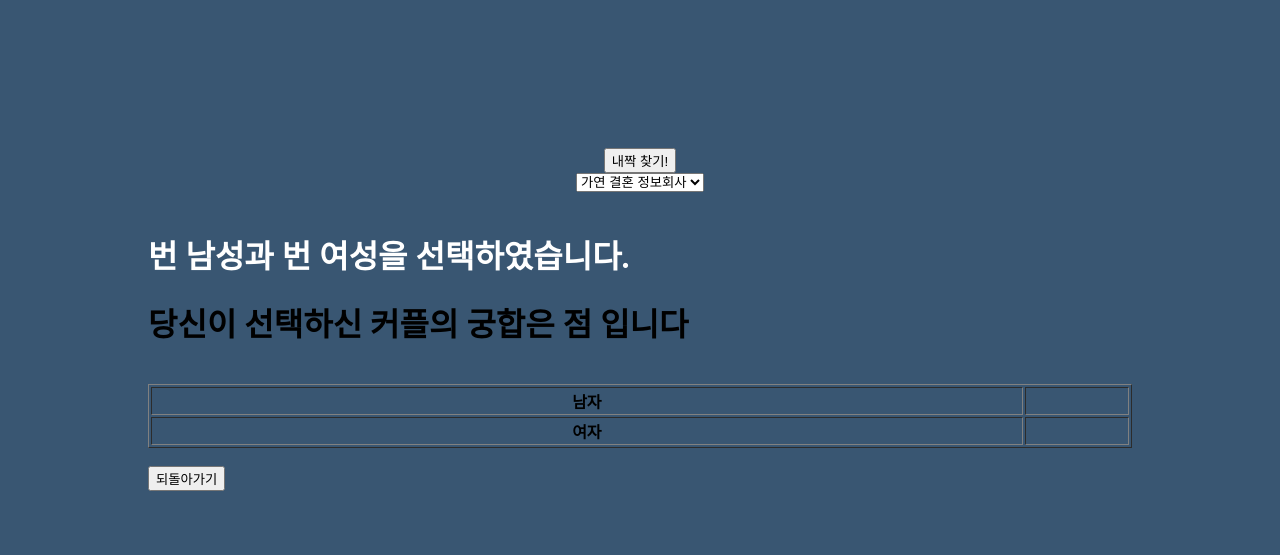
Repository: trapezer84/JSP
Page: http://localhost/AEA_Assignment/list.jsp
These files come from the project's save history. The page is drawn as it stood at one moment and after the next save; the edit follows.
The browser window is 1280 px wide. The pictures show the whole page.
The page is served by Tomcat 9. Other server files are loaded and not shown. The template is opened directly, without the code that normally fills it, so the values that code supplies are empty.

Above is the page before, as saved 2016-02-05 00:30:28.

### AEA_Assignment/WebContent/list.jsp
<%@ page language="java" contentType="text/html; charset=UTF-8"
	pageEncoding="UTF-8"%>
<%@ taglib prefix="c" uri="http://java.sun.com/jsp/jstl/core"%>
<!DOCTYPE html>
<html>
<head>
<meta http-equiv="Content-Type" content="text/html; charset=UTF-8">
<title>궁합 결과</title>
</head>
<body bgcolor="#395672" style ="padding:140px">

	<div align="center">
		<form method="post" action="" id="marryme">
			<button type="button" onclick="alert('잘 생각 하셨습니다!')">내짝 찾기!</button>
		</form>
	</div>

	<div align="center">
		<select name="carlist" form="marryme">
			<option value="pageA">가연 결혼 정보회사</option>
			<option value="pageB">결혼해 듀오</option>
			<option value="pageC">디노블 결혼회사</option>
			<option value="pageD">기연이의 블로그</option>
		</select>
	</div>

	<br />
	<h1 style="color: white">

	<span style="color:red">${ man }</span>번 남성과 <span style="color:red"> ${ woman }</span>번 여성을 선택하였습니다.</h1>

	<div>
		<h1> 당신이 선택하신 커플의 궁합은 <span style="color:pink">${ score }</span>점 입니다 </h1>
	</div>

	<br />


	<table border="1" style="width: 100%">
		<tr>
			<th>남자</th>
			<td><c:if test="${man == 1 }">
					<img
						src="http://www.fashionseoul.com/wp-content/uploads/2014/02/20140203_TNGT_LeeJinWook-1.jpg"
						width="242" height="300" />
				</c:if> <c:if test="${man == 2 }">
					<img
						src="https://s-media-cache-ak0.pinimg.com/236x/2a/0d/40/2a0d40b832ada4ad59a0372a74af5a98.jpg"
						width="242" height="300" />
				</c:if> <c:if test="${man == 3 }">
					<img
						src="http://www.justmedia.co.kr/news/photo/201512/1105_809_2311.jpg"
						width="242" height="300" />
				</c:if> <c:if test="${man == 4 }">
					<img
						src="http://pds.joins.com/news/component/osen/201106/14/201106141123772500_1.jpg"
						width="242" height="300" />
				</c:if></td>
		</tr>

		<tr>
			<th>여자</th>
			<td>
				<c:if test="${woman == 1 }">
					<img
						src="http://thestar.chosun.com/site/data/img_dir/2011/02/18/2011021800649_0.jpg"
						width="242" height="300" />
				</c:if> <c:if test="${woman == 2 }">
					<img
						src="http://www.iworldtoday.com/news/photo/201602/185426_59589_165.jpg"
						width="242" height="300"/>
				</c:if> <c:if test="${woman == 3 }">
					<img
						src="http://img.etoday.co.kr/pto_db/2015/07/600/20150729095216_684468_656_870.jpg"
						width="242" height="300" />
				</c:if> <c:if test="${woman == 4 }">
					<img
						src="https://file2.instiz.net/data/file2/2015/11/19/1/3/3/1331ca94dce6692b630b56d3acc72d41.jpg"
						width="242" height="300"/>
				</c:if>
			</td>
		</tr>

	</table>



	<br />
	<div>
		<a href="./index.jsp"> <input type="button" value="되돌아가기" />
		</a>
	</div>

</body>
</html>

After the next save:
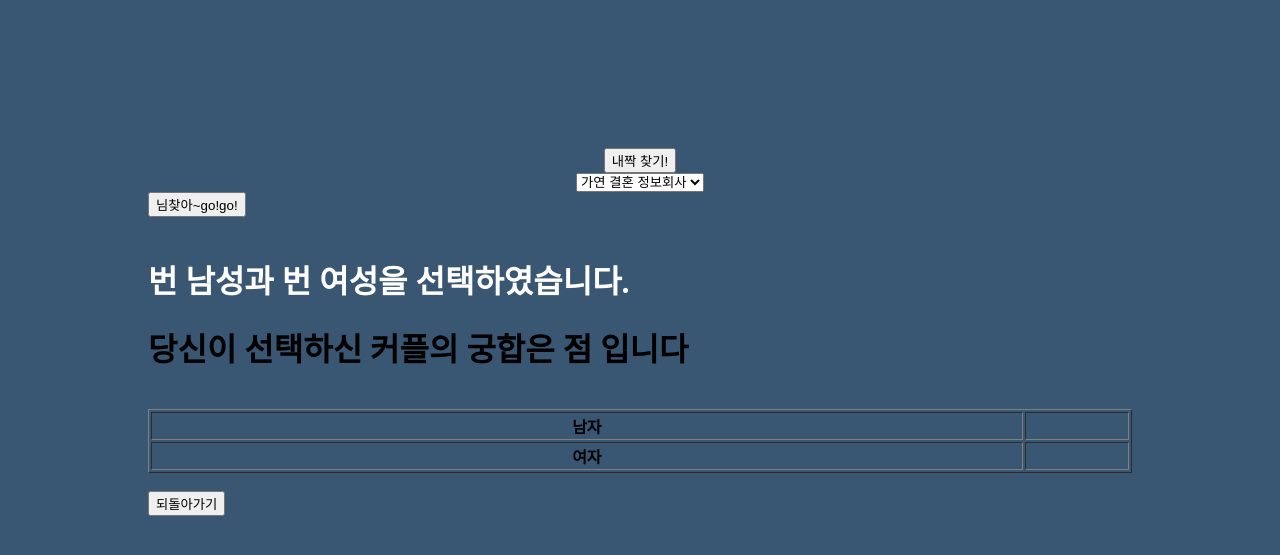
Saved 65 s later.
--- a/AEA_Assignment/WebContent/list.jsp
+++ b/AEA_Assignment/WebContent/list.jsp
@@ -23,6 +23,10 @@
 			<option value="pageD">기연이의 블로그</option>
 		</select>
 	</div>
+
+	<form>
+		<input type="submit" value="님찾아~go!go!"/>
+	</form>
 
 	<br />
 	<h1 style="color: white">
